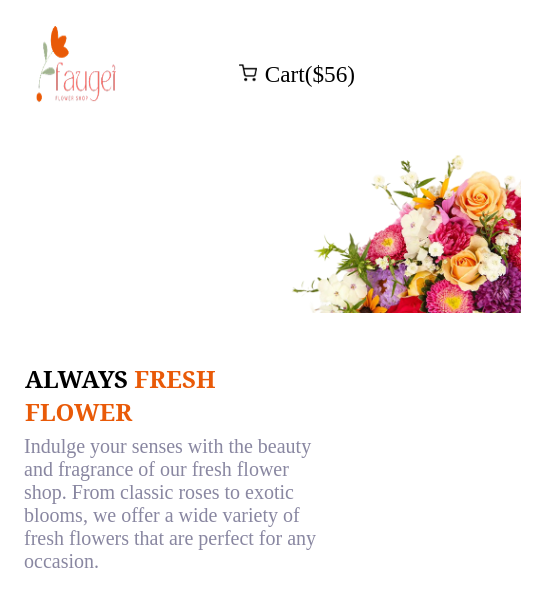
Repository: dollyrakhe22/Flowers-main-website
Page: index.html
The author's editor kept a copy of each file at every save. The page is drawn from the files as they stood at one save, then again after the next save.
The browser window is 375 px wide. The page is 521 px wide, then 535 px, so the pictures cover 535 px, including what lies to the right of the window. The pictures show the whole page.
Some web libraries are served in a nearby version.

Above is the page before, as saved 2025-07-25 10:15:43.

### index.html
<!DOCTYPE html>
<html lang="en">
<head>
    <meta charset="UTF-8">
    <meta name="viewport" content="width=device-width, initial-scale=1.0">
    <title>Flowers Site</title>
    <link rel="stylesheet" href="style.css">
    <link rel="stylesheet" href="https://cdnjs.cloudflare.com/ajax/libs/font-awesome/7.0.0/css/all.min.css" integrity="sha512-DxV+EoADOkOygM4IR9yXP8Sb2qwgidEmeqAEmDKIOfPRQZOWbXCzLC6vjbZyy0vPisbH2SyW27+ddLVCN+OMzQ==" crossorigin="anonymous" referrerpolicy="no-referrer" />
</head>
<body >
  <!--Header-Section -->
    <header>
           <nav class="nav-bar display-flex">
                <img src="assets/logo.png" alt="" srcset="">

                   <ul class="list-link display-flex ">

                <li class="list-item text-black ">Home</li>
                <li class="list-item text-gray">Shop</li>
                <li class="list-item text-gray">About us</li>
                <li class="shopping"><img src="assets/shopping-cart (1).jpg"id="shopping-card" alt="" srcset=""width="15px" height="15px">Cart($56)</li>
             </ul>
           </nav>
           </header>
   <main>
  <!--Fresh Flowers-->
   <!---->
 <section class="flower-section display-flex">
  <div class="fresh-flower">
   <h1 class="flower-title noto-serif-normal">ALWAYS <span class="primary-color">FRESH<br> FLOWER</span></h1>
   <p class="flower-description text-gray">Indulge your senses with the beauty and fragrance of our fresh flower shop. From classic roses to exotic blooms,
     we offer a wide variety of fresh flowers that are perfect for any occasion. </p>
  </div>
  <div class="flower-img">
    <img src="assets/hero-flower.png" alt="" srcset="">
  </div>

 </section>
 <!--Plants--
<section class="plants-section" hidden>

    <h1 class="plant-title noto-serif-normal"><span class="primary-color">Our</span> Plants</h1>
    <p class="plant-description text-gray">Indulge your senses with the beauty
      and fragrance  of our fresh flower shop. <span style="display: block;"> From classic roses to exotic blooms,a wide variety of fresh.</span>
     </p>
</section>
<!--Plant-Card-Container--
<section hidden>
<div class="card-container">
  <div class="plant-card">
    <img src="assets/sample-flower-image.png" alt="" srcset="">
    <h4 class="lily">Lilly Blossom</h4>
    <p class="price">20 USD</p>
    <button class="btn">ADD TO CART</button>
  </div>
  <div class="plant-card">
    <img src="assets/sample-flower-image.png" alt="" srcset="">
    <h3 class="lily">Lilly Blossom</h3>
    <p class="price">20 USD</p>
    <button class="btn">ADD TO CART</button>
  </div>
  <div class="plant-card">
    <img src="assets/sample-flower-image.png" alt="" srcset="">
    <h3 class="lily">Lilly Blossom</h3>
    <p class="price">20 USD</p>
    <button class="btn">ADD TO CART</button>
  </div>
  <div class="plant-card">
    <img src="assets/sample-flower-image.png" alt="" srcset="">
    <h3 class="lily">Lilly Blossom</h3>
    <p class="price">20 USD</p>
    <button class="btn">ADD TO CART</button>
  </div>

<div class="plant-card">
    <img src="assets/sample-flower-image.png" alt="" srcset="">
    <h3 class="lily">Lilly Blossom</h3>
    <p class="price">20 USD</p>
    <button class="btn">ADD TO CART</button>
  </div>
  <div class="plant-card">
    <img src="assets/sample-flower-image.png" alt="" srcset="">
    <h3 class="lily">Lilly Blossom</h3>
    <p class="price">20 USD</p>
    <button class="btn">ADD TO CART</button>
  </div>
  <div class="plant-card">
    <img src="assets/sample-flower-image.png" alt="" srcset="">
    <h3 class="lily">Lilly Blossom</h3>
    <p class="price">20 USD</p>
    <button class="btn">ADD TO CART</button>
  </div>
  <div class="plant-card">
    <img src="assets/sample-flower-image.png" alt="" srcset="">
    <h3 class="lily">Lilly Blossom</h3>
    <p class="price">20 USD</p>
    <button class="btn">ADD TO CART</button>
  </div>

</div>
</section hidden>
<!--Flowers-Lovers--
<section class="flower-plant display-flex">
  <div class="badge-container">
    <img id="badge" src="assets/trusted-badge.png" alt="" srcset="" >
    <img src="assets/flower-store.png" alt="" srcset="">
  </div>
  <div class="plan-about">
    <h1 class="lover-title noto-serif-normal">Flowers and Plant Lovers</h1>
    <ul class="lover-description">
      <li class="text-gray">Indulge your senses with the beauty and fragrance of our fresh flower shop.
         From classic roses to exotic blooms, we offer a wide variety of fresh.</li>
      <li class="text-gray">Indulge your senses with the beauty and fragrance of our fresh flower shop.
         From classic roses to exotic blooms, we offer a wide variety of fresh.</li>
      <li class="text-gray">Indulge your senses with the beauty and fragrance of our fresh flower shop.
         From classic roses to exotic blooms, we offer a wide variety of fresh.</li>
    </ul>
  </div>
</section>
<!--Latest-Deals--
<section class="latest-section"  hidden>

    <h1 class="latest-title noto-serif-normal"><span class="primary-color">Latest</span> Deals</h1>
    <p class="latest-description text-gray">Indulge your senses with the beauty
      and fragrance  of our fresh flower shop. <span style="display: block;"> From classic roses to exotic blooms,a wide variety of fresh.</span>
     </p>
</section>
<!--Latest-Deals-Box--
 <section class ="latest-box" hidden>
  <div class="row">
    <div class="card" style="background-image:url(assets/deal-bloom.png) " style="background:#C8C8C8;">
        <div class="bloom-text">
          <h4 class="bloom noto-serif-normal">60% Off | Bloom Plant</h4>
         <a href="shop" class="shop">Shop Now</a>

        </div>
      </div>
    <div class="card" style="background-image:url(assets/deal-ana.png)" >
        <div class="bloom-text">
          <h4 class="bloom noto-serif-normal">60% Off | Bloom Plant</h4>
         <a href="shop" class="shop">Shop Now</a>
        </div>

      </div>
  </div>

  <div class="zabo" style="background-image: url(assets/deal-zabo.png);">
  <div class="zabo-text">
    <h1 class="zabo-title noto-serif-normal">25% Off | Zabo Plant</h1>
    <a href="shop" class="zabo-shop">shop Now</a>

  </div>



</div>

 </section>
<!--Search-Section--
<section hidden>
  <div class="branch">

      <h1 class="branch-title noto-serif-normal">Join the colorful Bunch</h1>
       <div class="wrapper">
      <div class="input-data display-flex">
    <input type="text" name="" id="" placeholder="Write email">

    <button class="search-button">Subscribe</button>

      </div>
  </div>
  </div>
</section>

<!--Footer --
<div class="footer display-flex" hidden>
<div class="footer-section">
 <img src="assets/logo.png" alt="" srcset="">
 <p class="text-gray footer-description">Indulge your senses with the
  <br>beauty and fragrance of our fresh <br>flower shop. </p>
</div class="display-flex">


<div class="footer-list">
  <ul>
   <li class="footer-link text-gray" >Home</li>
   <li class="footer-link text-gray">About us</li>
   <li class="footer-link text-gray">Blog</li>
   <li class="footer-link text-gray">FAQ</li>
   <li class="footer-link text-gray">Contact Us</li>

  </ul>
</div>
<div class="footer-list display-flex icon-list">
<div class=" list">
  <ul>
    <li class="footer-link text-gray">Feature</li>
    <li class="footer-link text-gray">Pricing</li>
    <li class="footer-link text-gray">Privacy Of Policy</li>
    <li class="footer-link text-gray">Terms Of Service</li>
    <li class="footer-link text-gray">Help Center</li>
  </ul>

      <span class="social-icon">
      <img src="assets/icon-linkedin.png" alt="" srcset="" width="30px" height="30px" >
    <img src="assets/icon-twitter.png" alt="" srcset=""  width="30px" height="30px" >
    <img src="assets/icon-facebook.png" alt="" srcset="" width="30px" height="30px" >
    <img src="assets/icon-youtube.png" alt="" srcset="" width="30px" height="30px">
      </span>
  </div>
















</div>



    </main>
    <footer>

    </footer>
</body>
</html>

### style.css
@import url('https://fonts.googleapis.com/css2?family=Noto+Serif:ital,wght@0,100..900;1,100..900&display=swap');

*{
    box-sizing: border-box;
    margin: 0;
    padding: 0;
}

.noto-serif-normal{
  font-family: "Noto Serif", serif;
  font-optical-sizing: auto;
  font-style: normal;

}
/*shared style*/
.display-flex{
    display: flex;
}
/*black*/
.text-black{
    color:#252432;
    font-weight: bold;
}
/*dark 02*/
.text-gray{
    color: #8987A1;
}
.primary-color{
    color:#E95A08;
}
/*navbar start*/
.nav-bar{
   justify-content: space-between;
   margin: 20px auto;
   max-width: 1250px;


}
.list-link{
    justify-items: center;
    justify-content: center;
    align-items: center;



}
nav ul li{
    list-style: none;
    margin-right: 30px;
}
#shopping-card{
    margin-right: 8px;
}
/*Fresh Flower*/
.fresh-flower{
    margin-top: 70px;
}
.flower-section{
    max-width: 100%;
   margin: 140px;
   gap: 10px;
}
.flower-title{
      font-size: 3.75rem;
}
.flower-description{
    font-size: 1.25rem;
    margin-top: 20px;
}
/*Plants*/
.plants-section{
  justify-items: center;

}
.plant-title{
    font-size: 2.18rem;
    font-weight: 700;
}
.plant-description{
    font-size: 1.25rem;
    margin-top: 15px;
   text-align: center;

}
/*Plant-Card-Container*/
.card-container{
    max-width: 1150px;
    margin: 45px auto;
    display: grid;
    grid-template-columns: repeat(4,1fr);
    gap: 5px;
}
.plant-card {
    align-items: center;
    justify-items: center;
}
.lily{
    font-size: 1rem;
    font-weight:200;
    margin-top: 10px;
}
.price{
    font-size: 1.06rem;
    font-weight: bold;
    margin-top: 10px;
}
.btn{
   background-color: #E95A08;
   color:white;
   width: 270px;
   height: 33px;
   border: none;
   margin-top: 16px;
   margin-bottom: 12px;
}
/*Flowers and Lover*/
#badge{
    width: 240px;
    height:240px;
    margin-left: 443px;
    margin-bottom: -122px;
    position: relative;

}
.badge-container{
    margin-top: -147px;
}




.flower-plant{
   max-width: 100%;
    margin: 170px 160px ;
     width: 1250px;

}
.plan-about{
    margin-left: -5px;
    width: 300px;
    margin-right: 268px;
    justify-content: center;
    justify-items: center;


}


.flower-plant img{
    width: 590px;
    height: 450px;
}
.lover-title{
    font-size: 50px;
    width: 470px;
    margin-top: -12px;
    margin-left: 124px;
}
.lover-description{
    font-size: 1.25rem;
    margin-top: 30px;
    margin: 21px;
    width: 400px;
}
.lover-description{
     margin-left: 118px;
}
/*latest-Deals*/
.latest-section{
  justify-items: center;


}
.latest-title{
    font-size: 2.18rem;
    font-weight: 700;
    margin-top: -75px;
}
.latest-description{
    font-size: 1.25rem;
    margin-top: 15px;
   text-align: center;

}

/*Latest-Deals-Box*/
.bloom{
    color: white;
    font-size: 1.2rem;

}
   a{
     color:white;
     font-size: 0.8rem;

}
/*
.zabo-font{
    color:white;
    padding: 180px;
    margin-left: 43px;

}
*/
.zabo-title{
    color: white;
    font-size: 2.06rem;
    font-weight: 700;

}
.card{
   background-repeat: no-repeat;


}
.card {
    text-align: center;
    justify-items: center;
    width: 360px;
    height:163px;
    margin-bottom: 19px;
    margin-left: -105px;
    border-radius: 10px;

}
.zabo {
     background-repeat: no-repeat;
     width: 750px;
     height: 345px;
     margin-left: 20px;
     border-radius: 10px;
}


.row{
   display: grid;
 grid-template-columns: repeat(1,1fr);


}
.zabo-text {
    padding: 180px;
    margin-top:-42px;

}
.zabo-shop{
    font-size: 2rem;
    margin-left:105px;
    font-weight: 800;
}
.bloom-text{
   padding: 65px;
}
.shop{
    font-size: 1.3rem;
    margin-left:10px;
}
.latest-box{
    display: flex;
    margin: 50px 267px;
    width: 1140%;
}
/*Search Section*/
.branch{
    background-image: url(assets/news-letter-bg.png);
    margin-bottom: 50px;
    width: 1490px;
    height:398px;
    background-size: cover;
    text-align: center;
    padding: 170px;

}
.input-data{
   justify-content: center;
}

.branch-title{
    font-size: 2.18rem;
    color: white;
}
.wrapper{
    padding: 22px;

}
.input-data{
    height: 39px;
}
input{
    width: 540px;
}
.search-button{
    background-color:#E95A08;
    color: white;
    border: none;
    width: 130px;
}
/*Footer*/
.footer{
   max-width: 100%;
   margin-bottom: 50px;

}
.footer-section{
    margin: 6px 80px;

}
.footer-description{
    font-size: 1.25rem;
    margin-top: 20px;
}
.footer-list{
    margin: 60px;
    margin-left: 100px;
}
.icon-list{
    display: flex ;
    justify-content: center;

}
.list{
         display: inline-flex;
         gap: 10px;

         margin-left: 110px;
}
.social-icon{
    margin-left: 120px;
}
.footer-list ul li{
       list-style: none;
}
.footer-link{
    line-height: 40px;
    font-size: 1.125rem;
}
.social-icon img{
    margin-right: 25px;
}



/*Responsive media query*/
/*Mobile device */
@media screen and (max-width:576px){
    .nav-bar{
        max-width: 100%;
        margin: 24px auto;
        margin-left: 36px;
    }
    nav img{
        width:80px;
        height: 80px;
    }
   .list-link{
     flex-direction: column;
     align-items: center;
   }
   .list-item{
    display: none;
   }
   .shopping{
       font-size: 1.45rem;
        margin-top: 25px;
        margin-right: 20px;
   }
   li img{
    width: 18px;
    height: 18px;

   }
   li{
       margin-bottom: 5px;
       margin-top: 50px;
   }
  .flower-section {
       flex-direction: column-reverse;
       margin-top: 40px;

  }
  .flower-img img{
    width: 285%;
    margin-left: 110px;

  }
  .flower-title{
    font-size:1.50rem;
    margin: -35px  0px  -13px -115px;
  }
  .flower-description{
    margin-right: -101px;
    margin-left: -116px;
  }

















}

After the next save:
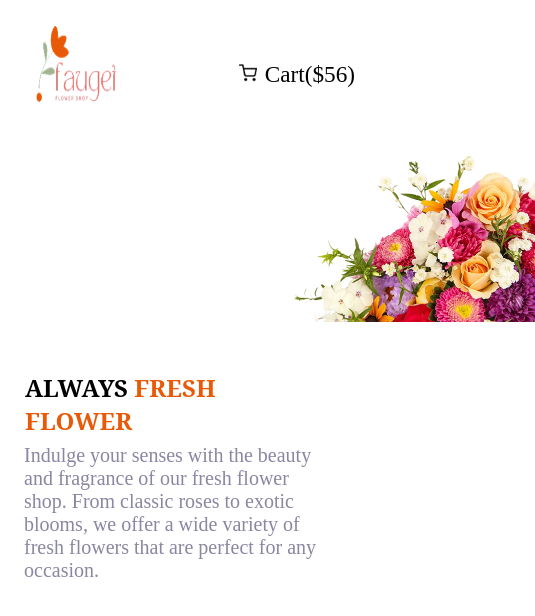
Saved 49 s later.
--- a/style.css
+++ b/style.css
@@ -379,7 +379,7 @@ input{
 
   }
   .flower-img img{
-    width: 285%;
+    width: 285px;
     margin-left: 110px;
 
   }
